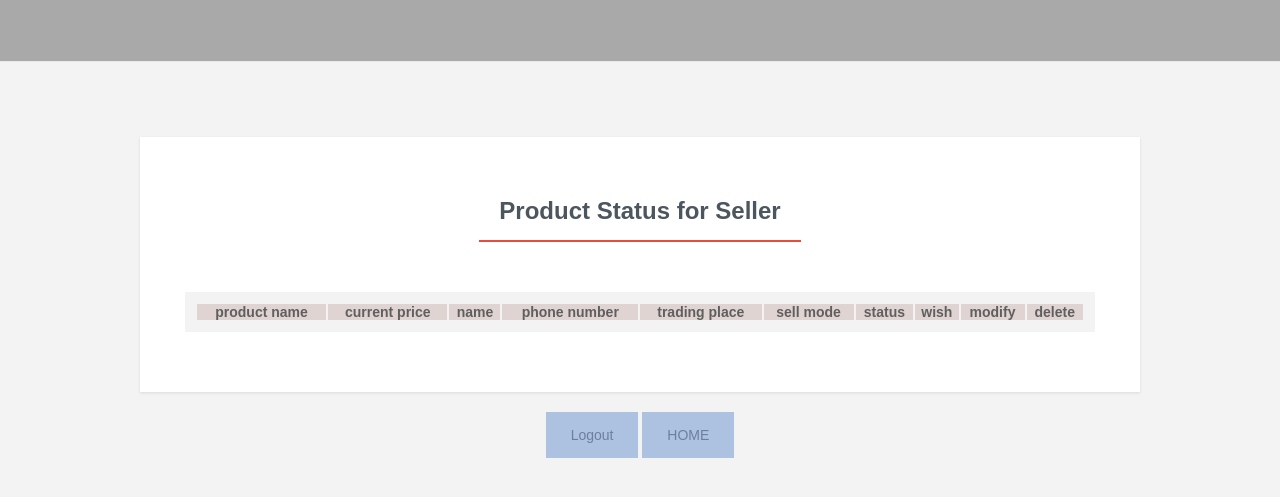
Repository: 0suh/SKKU_Web_project
Page: http://localhost/2018312257_YoungSuhChin_project/productstatus.jsp
These files come from the project's save history. The page is drawn as it stood at one moment and after the next save; the edit follows.
The browser window is 1280 px wide. The pictures show the whole page.
The page is served by Tomcat 9. Queries for data that is not in the repository find no rows.

Above is the page before, as saved 2020-12-21 15:18:30.

After the next save:
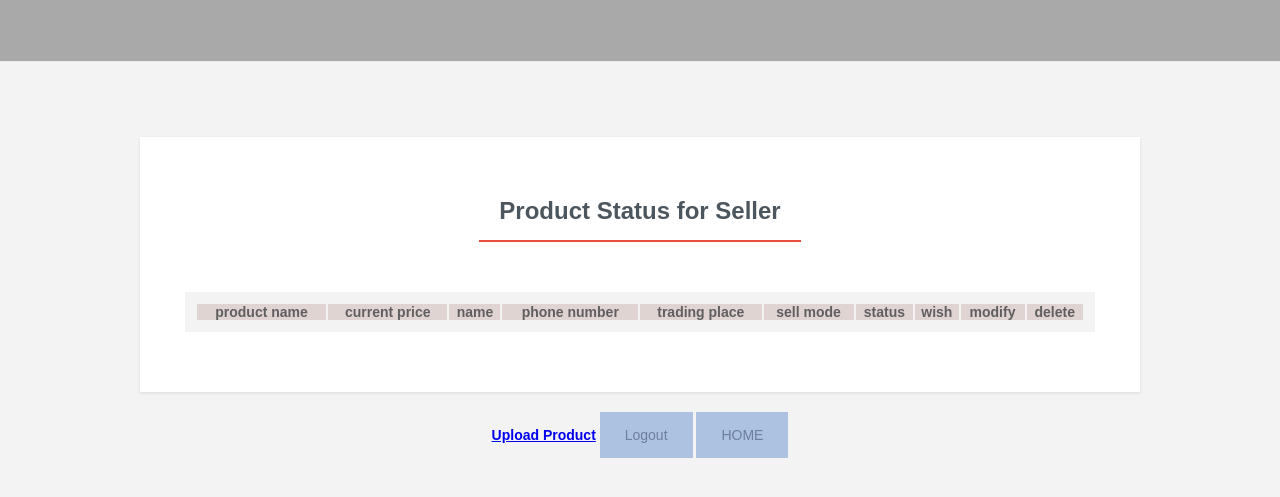
Saved 73 s later.
--- a/FinalProject/2018312257_YoungSuhChin_project/WebContent/productstatus.jsp
+++ b/FinalProject/2018312257_YoungSuhChin_project/WebContent/productstatus.jsp
@@ -76,6 +76,7 @@ try
    %>
      </table>
      </div>
+     <a href="uploadproduct.jsp">Upload Product</a><!-- upload product page -->
      <a href="logout.jsp" class="form-log-in-with-existing">Logout</a> <!-- log out -->
 
    <a href="welcomeseller.jsp" class="form-log-in-with-existing">HOME</a> <!-- return to home page -seller -->
